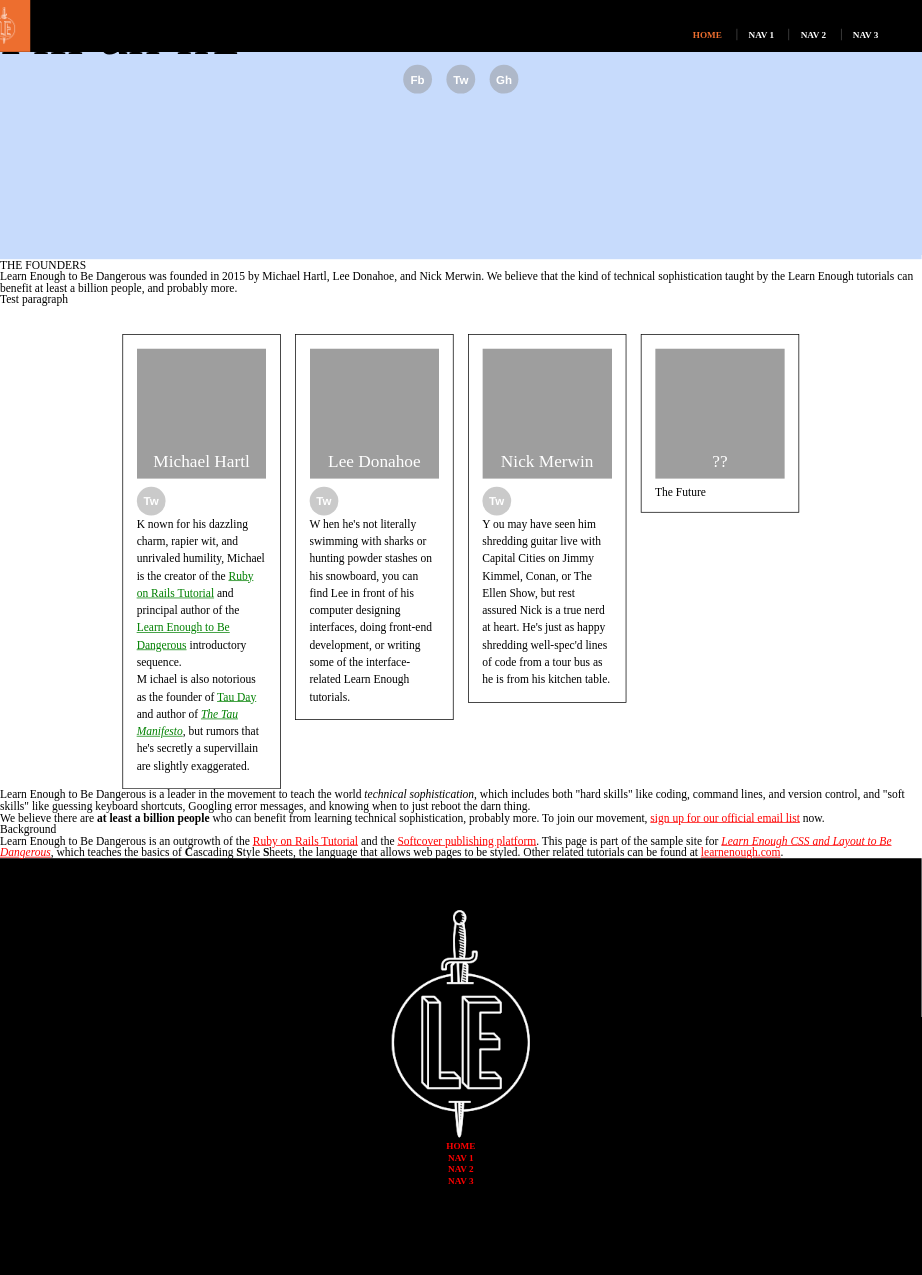
Repository: Ken2072/Ken2072.github.io
Page: _site/index.html
The author's editor kept a record of every edit. The page is drawn from the files as they stood at one moment, then again after the next edit.
The browser window is 1280 px wide. The pictures show the whole page, at 72% of full size.
Pictures or frames that could not be fetched are drawn as grey boxes.

Above is the page before.

### _site/index.html
<!DOCTYPE html>
<html>
<head>
<title>Test Page: Don't Panic</title>
<meta charset="utf-8">
<link rel="stylesheet" href="/css/main.css">
</head>
<body>
<header class="header">
<nav>
<ul class="header-nav nav-links">
<li><a href="/">Home</a></li>
<li><a href="#">Nav 1</a></li>
<li><a href="#">Nav 2</a></li>
<li><a href="#">Nav 3</a></li>
</ul>
</nav>
<a href="/" class="header-logo">
<img src="/images/logo.png" alt="Learn Enough">
</a>
</header>

<div class="full-hero hero-home">
<h1>I'm an h1</h1>
<ul class="social-list">
<li>
<a href="https://example.com/" class="social-link">Fb</a>
</li>
<li>
<a href="https://example.com/" class="social-link">Tw</a>
</li>
<li>
<a href="https://example.com/" class="social-link">Gh</a>
</li>
</ul>
</div>
<h2>THE FOUNDERS</h2>
<p>Learn Enough to Be Dangerous was founded in 2015 by Michael Hartl, Lee Donahoe,
and Nick Merwin. We believe that the kind of technical sophistication taught by
the Learn Enough tutorials can benefit at least a billion people, and probably
more.
</p>
<p>Test paragraph</p>
<div class="bio-wrapper">
<div class="bio-box">
<img src="https://placekitten.com/g/400/400">
<h3>Michael Hartl</h3>
<a href="https://twitter.com/mhartl" class="social-link">Tw</a>
<div class="bio-copy">
<p>K nown for his dazzling charm, rapier wit, and unrivaled humility,
Michael is the creator of the
<a href="https://www.railstutorial.org/">Ruby on Rails
Tutorial</a> and principal author of the
<a href="https://learnenough.com/">
Learn Enough to Be Dangerous</a> introductory sequence.
</p>
<p>M ichael is also notorious as the founder of
<a href="http://tauday.com/">Tau Day</a> and author of
<a href="http://tauday.com/tau-manifesto"><em>The Tau
Manifesto</em></a>, but rumors that he's secretly a supervillain
are slightly exaggerated.
</p>
</div>
</div>
<div class="bio-box">
<img src="https://placekitten.com/g/400/400">
<h3>Lee Donahoe</h3>
<a href="https://twitter.com/leedonahoe" class="social-link">Tw</a>
<div class="bio-copy">
<p>W hen he's not literally swimming with sharks or hunting powder
stashes on his snowboard, you can find Lee in front of his computer
designing interfaces, doing front-end development, or writing some of
the interface-related Learn Enough tutorials.
</p>
</div>
</div>
<div class="bio-box">
<img src="https://placekitten.com/g/400/400">
<h3>Nick Merwin</h3>
<a href="https://twitter.com/nickmerwin" class="social-link">Tw</a>
<div class="bio-copy">
<p>Y ou may have seen him shredding guitar live with Capital Cities on
Jimmy Kimmel, Conan, or The Ellen Show, but rest assured Nick is a
true nerd at heart. He's just as happy shredding well-spec'd lines
of code from a tour bus as he is from his kitchen table.
</p>
</div>
</div>
<div class="bio-box">
<img src="https://placekitten.com/g/400/400">
<h3>??</h3>
<p>The Future
</p>
</div>
</div>
<p>Learn Enough to Be Dangerous is a leader in the movement to teach the
world <em>technical sophistication</em>, which includes both "hard
skills" like coding, command lines, and version control, and "soft
skills" like guessing keyboard shortcuts, Googling error messages, and
knowing when to just reboot the darn thing.
</p>
<p>
    We believe there are <strong>at least a billion people</strong> who can
benefit from learning technical sophistication, probably more. To join
our movement,
<a href="https://learnenough.com/#email_list">sign up for our official
email list</a> now.
</p>
<h3>Background</h3>
<p>Learn Enough to Be Dangerous is an outgrowth of the
<a href="https://www.railstutorial.org/">Ruby on Rails Tutorial</a> and the
<a href="https://www.softcover.io/">Softcover publishing platform</a>.
This page is part of the sample site for
<a href="https://learnenough.com/css-tutorial"><em>Learn Enough CSS and
Layout to Be Dangerous</em></a>, which teaches the basics of
<strong>C</strong>ascading <strong>S</strong>tyle
<strong>S</strong>heets, the language that allows web pages to be styled.
Other related tutorials can be found at
<a href="https://learnenough.com/">learnenough.com</a>.
</p>

<footer class="footer">
<a class="footer-logo" href="/">
<img src="/images/logo.png" alt="Learn Enough"/>
</a>
<nav>
<ul class="footer-nav nav-links">
<li><a href="/">Home</a></li>
<li><a href="#">Nav 1</a></li>
<li><a href="#">Nav 2</a></li>
<li><a href="#">Nav 3</a></li>
</ul>
</nav>
<h3>Learn Enough <span>to Be Dangerous</span></h3>
</footer>
</body>
</html>

### css/main.css
html, body, div, span, applet, object, iframe,
h1, h2, h3, h4, h5, h6, p, blockquote, pre,
a, abbr, acronym, address, big, cite, code,
del, dfn, em, img, ins, kbd, q, s, samp,
small, strike, strong, sub, sup, tt, var,
b, u, i, center, dl, dt, dd, ol, ul, li,
fieldset, form, label, legend, table, caption,
tbody, tfoot, thead, tr, th, td, article, aside,
canvas, details, embed, figure, figcaption, footer,
header, hgroup, menu, nav, output, ruby, section,
summary, time, mark, audio, video {
margin: 0;
padding: 0;
border: 0;
font: inherit;
vertical-align: baseline;
}
/* HTML5 display-role reset for older browsers */
article, aside, details, figcaption, figure,
footer, header, hgroup, menu, nav, section {
display: block;
}
body {
line-height: 1;
}
blockquote, q {
quotes: none;
}b
lockquote:before, blockquote:after,
q:before, q:after {
content: '';
content: none;
}
table {
border-collapse: collapse;
border-spacing: 0;
}
strong, b {
font-weight: bold;
}
em, i {
font-style: italic;
}
a img {
border: none;
}
/* END RESET*/

/* GLOBAL STYLES */
h1 {
font-size: 7vw;
margin-top: 0;
}
a {
color: #f00;
}

/* HEADER STYLES */
.header {
background-color: #000;
color: #fff;
position: fixed;
width: 100%;
z-index: 20;
}.header-logo {
background-color: #000;
box-sizing: border-box;
display: block;
height: 10vh;
left: -30px;
padding-top: 10px;
position: relative;
text-align: center;
width: 10vh;
}
.header-logo:hover,
.header-logo:active {
background-color: #ed6e2f;
}.header-logo img {
width: 4.3vh;
}.header-nav {
float: right;
padding: 5.5vh 60px 0 0;
}.header-nav > li {
display: inline-block;
margin-left: 1em;
}.header-nav > li ~ li {
border-left: 1px solid rgba(255, 255, 255, 0.3);
padding-left: 1em;
}.header-nav a {
color: #fff;
}
.nav-links a {
font-size: 0.8rem;
font-weight: bold;
text-decoration: none;
text-transform: uppercase;
}.nav-links a:hover,
.nav-links a:active {
color: #ed6e2f;
}.header-nav > li:first-child a {
color: #ed6e2f;
}.header-nav > li:first-child a:hover {
color: #fff;
}
/* FOOTER STYLES */
.footer {
background-color: #000;
padding: 10vh 0 15vh;
text-align: center;
}.
footer-logo img {
width: 50px;
}.
footer h3 {
color: #fff;
padding-top: 1.5em;
text-transform: uppercase;
}.
footer h3 span {
color: #aaa;
}.
footer-nav li {
display: inline-block;
margin: 2em 1em 0;
}.
footer-nav a {
color: #ccc;
}





/* HERO STYLES */
.full-hero {
background-color: #c7dbfc;
height: 50vh;
}


/* SOCIAL STYLES */
.social-link {
background: rgba(150, 150, 150, 0.5);
border-radius: 99px;
box-sizing: border-box;
color: #fff;
display: inline-block;
font-family: helvetica, arial, sans;
font-size: 1rem;
font-weight: bold;
height: 2.5em;
line-height: 1;
padding-top: 0.85em;
text-align: center;
text-decoration: none;
vertical-align: middle;
width: 2.5em;
}
.social-list {
list-style: none;
padding: 0;
text-align: center;
}
.social-list > li {
display: inline-block;
margin: 0 0.5em;
}

/* BIO STYLES */
.bio-wrapper {
font-size: 24px;
margin: auto;
max-width: 960px;
overflow: hidden;
}
.bio-box {
border: 1px solid black;
box-sizing: border-box;
float: left;
font-size: 1rem;
margin: 40px 1% 0;
padding: 2%;
width: 23%;
}
.bio-box h3 {
color: #fff;
font-size: 1.5em;
margin: -40px 0 1em;
text-align: center;
}
.bio-box img {
width: 100%;
}
.bio-copy {
font-size: 1em;
line-height: 1.5;
}
.bio-copy a {
color: green;
}

After the next edit:
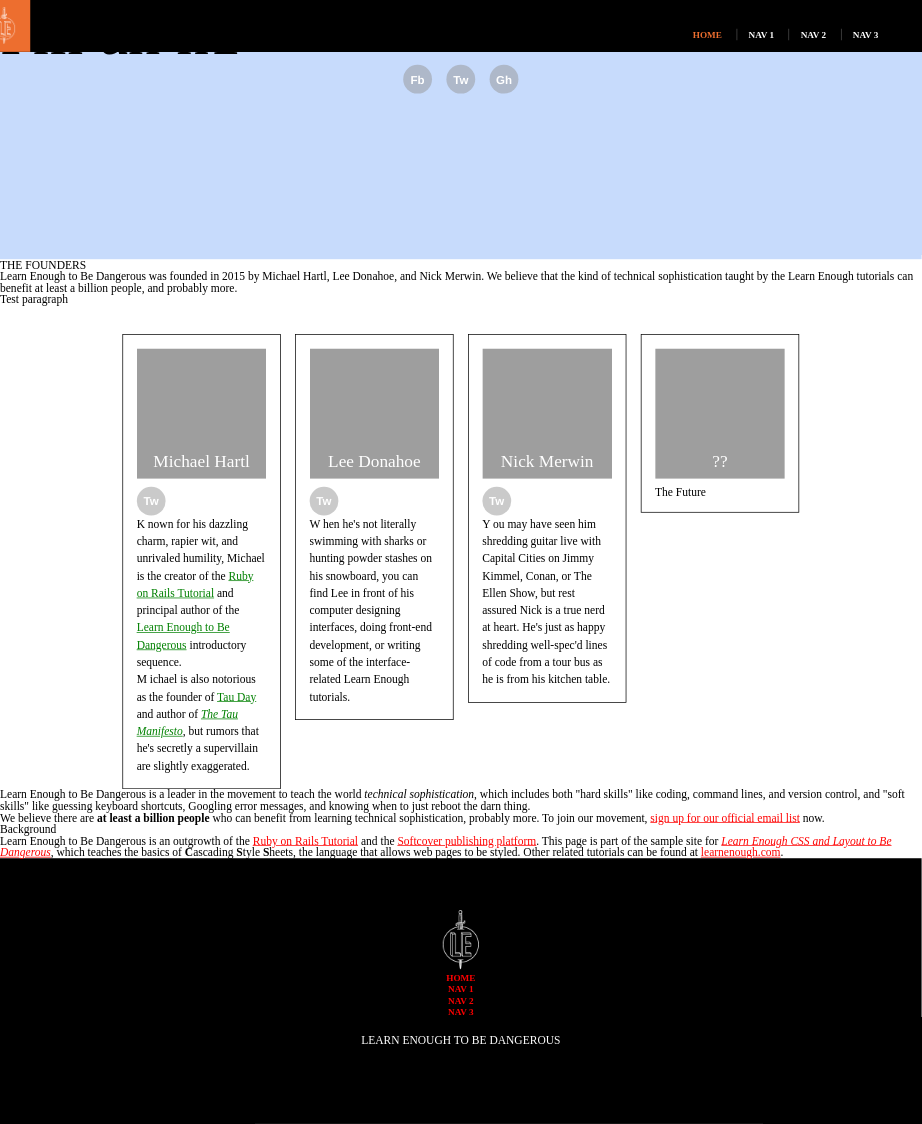
The edit:
--- a/css/main.css
+++ b/css/main.css
@@ -108,11 +108,9 @@
 background-color: #000;
 padding: 10vh 0 15vh;
 text-align: center;
-}.
-footer-logo img {
+}.footer-logo img {
 width: 50px;
-}.
-footer h3 {
+}.footer h3 {
 color: #fff;
 padding-top: 1.5em;
 text-transform: uppercase;
